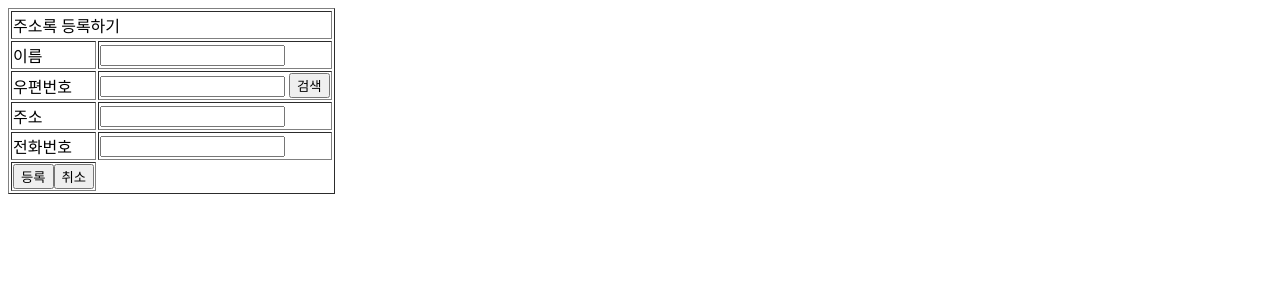
Repository: LEENYAMNYAM/JSP
Page: http://localhost/JSP_Project/address/insert.jsp
The author's editor kept a copy of each file at every save. The page is drawn from the files as they stood at one save, then again after the next save.
The browser window is 1280 px wide. The pictures show the whole page.
The page is served by Tomcat 9.

Above is the page before, as saved 2025-02-28 01:13:38.

After the next save:
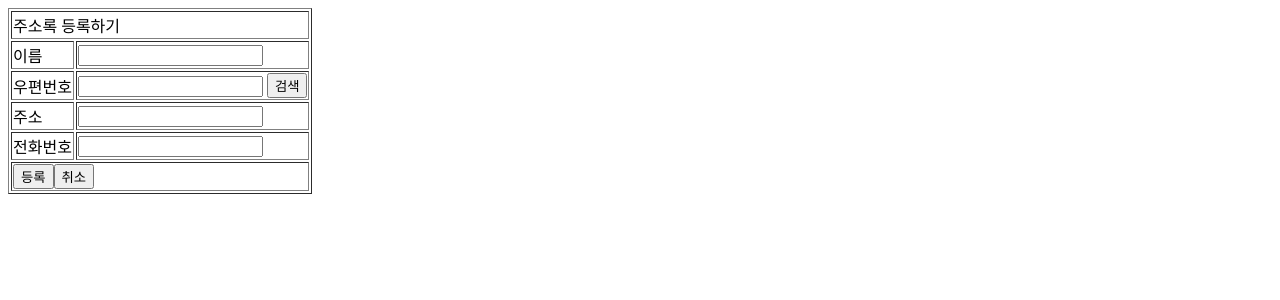
Saved 21 s later.
--- a/JSP_Project/src/main/webapp/address/insert.jsp
+++ b/JSP_Project/src/main/webapp/address/insert.jsp
@@ -31,7 +31,7 @@
 		<td><input type="tel" name="tel" id="tel"></td>
 	</tr>
 	<tr>
-		<td><input type="button" value="등록"><input type="button" value="취소"></td>
+		<td colspan="2"><input type="button" value="등록"><input type="button" value="취소"></td>
 	</tr>
 </table>
 
